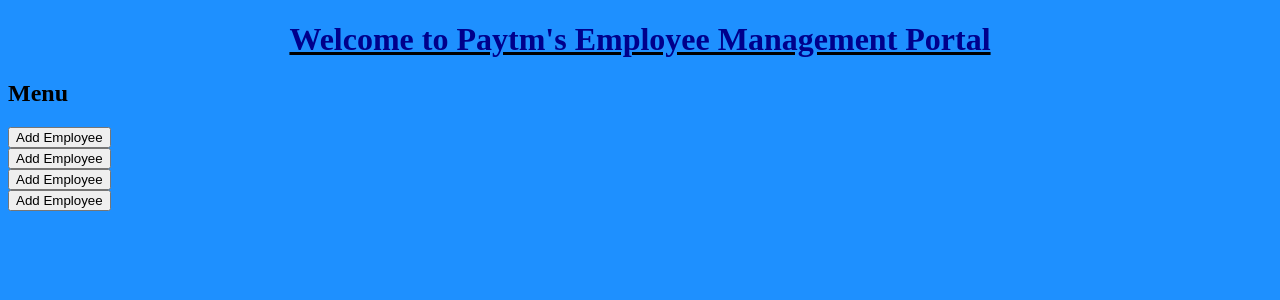
Repository: kimchiLover/BackupProjectsOnPC
Page: eclipse-oauth/ManageEmpApp/WebContent/index.html
An editor plug-in stored every save of this project. The page is shown before and after the next save, followed by the edit.
The browser window is 1280 px wide. The pictures show the whole page.

Above is the page before, as saved 2019-07-18 10:05:32.

After the next save:
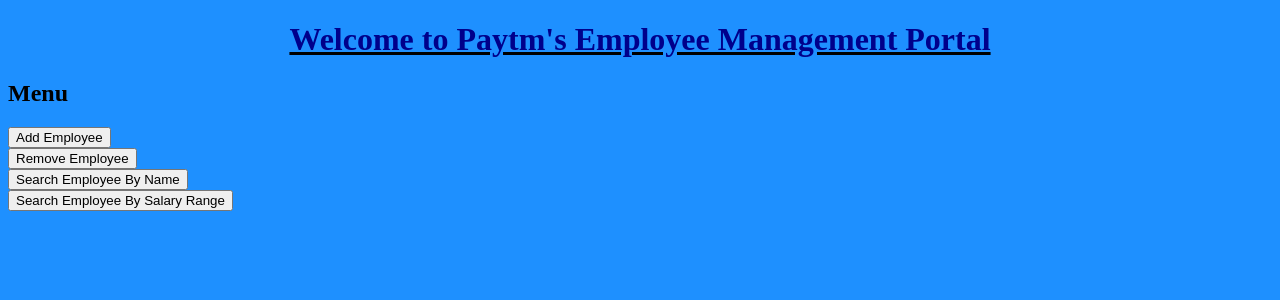
Saved 64 s later.
--- a/eclipse-oauth/ManageEmpApp/WebContent/index.html
+++ b/eclipse-oauth/ManageEmpApp/WebContent/index.html
@@ -16,15 +16,15 @@
 </form>
 
 <form action="removeEmployee.html">
-  <input type="submit" value="Add Employee">
+  <input type="submit" value="Remove Employee">
 </form>
 
 <form action="searchEmployeeByName.html">
-  <input type="submit" value="Add Employee">
+  <input type="submit" value="Search Employee By Name">
 </form>
 
 <form action="searchEmployeeBySalaryRange.html">
-  <input type="submit" value="Add Employee">
+  <input type="submit" value="Search Employee By Salary Range">
 </form>
 
 </body>
